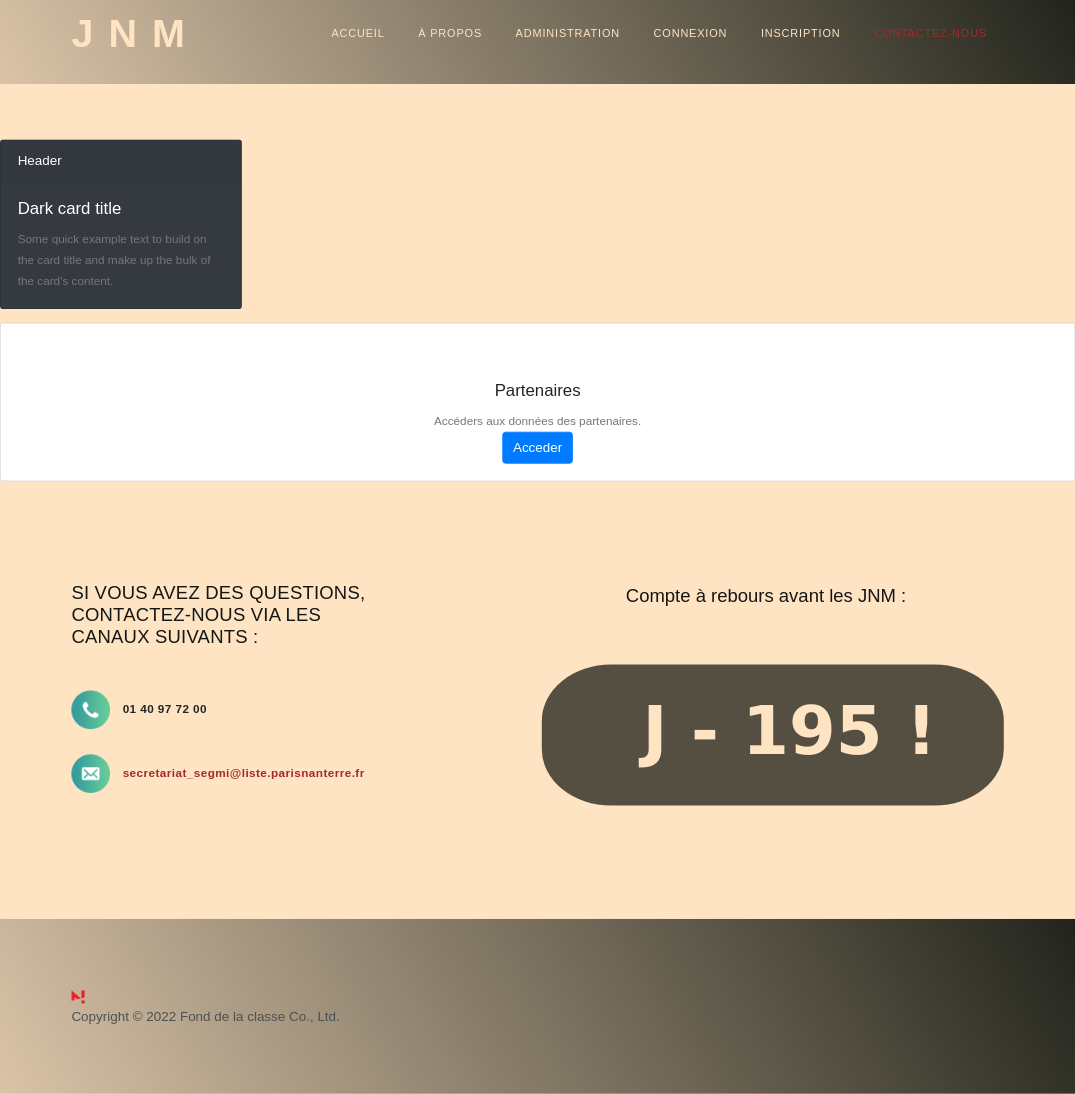
Repository: RiadNadri/ProjetWeb2022
Page: templates/Admin/admin.html.twig
An editor plug-in stored every save of this project. The page is shown before and after the next save, followed by the edit.
The browser window is 1280 px wide. The pictures show the whole page, at 84% of full size.
Some web fonts or font styles are not loaded; a fallback is used. The page is a Twig template of a Symfony application; nobody is signed in and links lead nowhere. The template is opened directly, without the code that normally fills it, so the values that code supplies are empty.

Above is the page before, as saved 2022-12-24 17:21:53.

### templates/Admin/admin.html.twig
{% extends 'base.html.twig' %}

{% block title %} Administration {% endblock %}


{% block body %}

<style>
    .buttonUser{
        margin-top: 0%;
        margin-bottom: 10%;
        margin-left: 25%;
    }
    .buttonPartenaire{
        margin-left:35%;
        font-size: xx-large;
    }
</style>

<div class="buttonUser">
    <div class="btn btn-light" >
        <a href="{{path('app_user')}}">Utilisateurs</a>
    </div>
    <div class="btn btn-light" >
        <a  href="{{path('app_partenaire')}}">Partenaires</a>
    </div>
</div>

<div class="card text-white bg-dark mb-3" style="max-width: 18rem;">
  <div class="card-header">Header</div>
  <div class="card-body">
    <h5 class="card-title">Dark card title</h5>
    <p class="card-text">Some quick example text to build on the card title and make up the bulk of the card's content.</p>
  </div>
</div>

<div class="card text-center">

  <div class="card-body mt-5">
    <h5 class="card-title">Partenaires</h5>
    <p class="card-text">Accéders aux données des partenaires.</p>
    <a href="{{path('app_partenaire')}}" class="btn btn-primary">Acceder</a>
  </div>
</div>
{% endblock %}

### templates/base.html.twig
<!DOCTYPE html>
<html>
    <head>
        <meta charset="UTF-8">
        <title>{% block title %}{% endblock %} - JNM</title>
        <meta name="viewport" content="width=device-width, initial-scale=1, shrink-to-fit=no">
        <meta name="description" content="">
        <meta name="author" content="">
        <link href="https://fonts.googleapis.com/css?family=Raleway:100,200,300,400,500,600,700,800,900&display=swap" rel="stylesheet">
        <link rel="shortcut icon" type= "image/png" href="{{ asset('img/favicon.png')}}" />

        {# Run `composer require symfony/webpack-encore-bundle` to start using Symfony UX #}

        <link rel="stylesheet" href="{{ asset('assets/css/bootstrap.min.css')}}">
        <link rel="stylesheet" href="{{ asset('assets/css/templatemo-breezed (1).css')}}">

        {% block stylesheets %}{% endblock %}

        {% block javascripts %}{% endblock %}
    </head>
    <body>

        <header class="header-area header-sticky">
        <div class="container">
            <div class="row">
                <div class="col-12">
                    <nav class="main-nav">
                        <!-- ***** Logo Start ***** -->
                        <a href="{{path('app_accueil')}}" class="logo">
                            JNM
                        </a>
                        <!-- ***** Logo End ***** -->
                        <!-- ***** Menu Start ***** -->
                        <ul class="nav">
                            <li class="scroll-to-section"><a href="{{path('app_accueil')}}" >Accueil</a></li>
                            <li class="scroll-to-section"><a href="#about">À propos</a></li>
                            <li class="scroll-to-section"><a href="{{path('app_admin')}}">Administration</a></li>
                            <li class="scroll-to-section"><a href="{{path('app_connexion')}}">Connexion</a></li>
                            {% if app.user %}
                                <li class="scroll-to-section"><a href="#réservation">Réservation</a></li>
                                <li class="scroll-to-section"><a href="{{path('app_profil')}}">Mon profil</a></li>
                                <li class="scroll-to-section"><a href="{{path('app_deconnexion')}}">Deconnexion</a></li>
                            {% else %}
                                <li class="scroll-to-section"><a href="{{path('app_inscription')}}">Inscription</a></li>
                            {% endif %}
                            <li class="scroll-to-section"><a href="#contact-us" class="active">Contactez-Nous</a></li>


                        </ul>

                        <!-- ***** Menu End ***** -->
                    </nav>
                </div>
            </div>
        </div>
    </header>

    {% block body %}
    <section class="section" id="about">
        <div class="container">
            <div class="row">
                <div class="col-lg-6 col-md-6 col-xs-12">
                    <div class="left-text-content">
                        <div class="section-heading">
                            <h6>À propos des Journées Nationales de la MIAGE</h6>
                            <h2>Certains de nos partenaires</h2>
                        </div>
                        <div class="row">
                            <div class="col-md-6 col-sm-6">
                                <div class="service-item">
                                    <a href="https://pepsi.fr/" rel ="nofollow noopener" target="_blank"> <img src="{{ asset('img/Pepsi-Logo-PNG-Pic.png')}}" alt=""> </a>
                                    <h4><a rel="nofollow noopener" href="https://pepsi.fr/" target="_blank">Pepsi</a></h4>
                                </div>
                            </div>
                            <div class="col-md-6 col-sm-6">
                                <div class="service-item">
                                    <a href="https://www.beinsports.com/france/" rel ="nofollow noopener" target="_blank"> <img src="{{ asset('img/Bein_sport_logo.png')}}" alt=""> </a>
                                    <h4><a rel="nofollow noopener" href="https://www.beinsports.com/france/" target="_blank">BeIn Sport</a></h4>
                                </div>
                            </div>
                            <div class="col-md-6 col-sm-6">
                                <div class="service-item">
                                    <a href="https://www.canalplus.com/" rel ="nofollow noopener" target="_blank"> <img src="{{ asset('img/canal-logo-png-transparent.png')}}" alt=""> </a>
                                    <h4><a rel="nofollow noopener" href="https://www.canalplus.com/" target="_blank">Canal +</a></h4>
                                </div>
                            </div>
                            <div class="col-md-6 col-sm-6">
                                <div class="service-item">
                                    <a href="https://www.wwf.fr/" rel ="nofollow noopener" target="_blank"> <img src="{{ asset('img/panda.png')}}" alt=""> </a>
                                    <h4><a rel="nofollow noopener" href="https://www.wwf.fr/" target="_blank">WWF</a></h4>
                                </div>
                            </div>
                            <div class="col-md-12">
                                <a href="#" class="main-button-icon">
                                    En savoir plus
                                </a>
                            </div>
                        </div>
                    </div>
                </div>
                <div class="col-lg-6 col-md-6 col-xs-12">
                    <div class="right-text-content">
                        <p>Les Journées Nationales de la Miage sont organisées par <a rel="nofollow noopener" href="https://www.parisnanterre.fr/" target="_blank">L'Université Paris Nanterre</a> en 2023.
                        <br><br>Du 01/06/2023 au 04/06/2023 venez participer aux Journées Nationales de la MIAGE aux portes de Paris sur le campus de Nanterre. Retrouvez-y toutes les MIAGE de France pour partager un bon moment.
                      <br><br>Prenez part aux différentes activités et profitez-en pour élargir votre réseau miagiste !</p>
                    </div>
                </div>
            </div>
        </div>
    </section>

    <section class="section" id="features">
        <div class="container">
            <div class="row">
                <div class="col-lg-4 col-md-6 col-sm-12 col-xs-12" data-scroll-reveal="enter left move 30px over 0.6s after 0.4s">
                    <div class="features-item">
                        <div class="features-icon">
                            <img src="{{ asset('img/Icone.png')}}" height="30px" width="30px" alt="">
                        </div>
                        <div class="features-content">
                            <h4>Le campus de Nanterre</h4>
                            <p>Situé à proximité du quartier d'affaires da La Défense, le campus de Nanterre s'étend sur 30 hectares.<br> Chaque année, il accueille plus de 40 000 étudiants et met à leur disposition divers types d'infrastructures permettant de pratiquer des activités sportives et culturelles !</p>
                            <a href="https://www.parisnanterre.fr/" target="_blank" class="text-button-icon">
                                En savoir plus
                            </a>
                        </div>
                    </div>
                </div>
                <div class="col-lg-4 col-md-6 col-sm-12 col-xs-12" data-scroll-reveal="enter bottom move 30px over 0.6s after 0.4s">
                    <div class="features-item">
                        <div class="features-icon">
                            <img src="{{ asset('img/miage.png')}}" height="30px" width="30px" alt="">
                        </div>
                        <div class="features-content">
                            <h4>La Miage de Nanterre</h4>
                            <p>Intégrée au sein de l'Unité de Formation et de Recherche
                                <a href="https://ufr-segmi.parisnanterre.fr/" rel="nofollow noopener" target="_blank">
                                SEGMI
                                </a> au bâtiment Allais (G), la MIAGE de Nanterre</p>
                            <a href="https://miage.parisnanterre.fr/" class="text-button-icon">
                                En savoir plus
                            </a>
                        </div>
                    </div>
                </div>
                <div class="col-lg-4 col-md-6 col-sm-12 col-xs-12" data-scroll-reveal="enter right move 30px over 0.6s after 0.4s">
                    <div class="features-item">
                        <div class="features-icon">
                            <img src="{{ asset('img/eiffel.png')}}" height="50px" width="50px"alt="">
                        </div>
                        <div class="features-content">
                            <h4>Le séjour à Paris</h4>
                            <p>Vous pourrez profiter d'ếtre aux portes de Paris pour visiter la capitale. La ligne du RER A vous permettra de rejoindre le centre-ville en moins de 30 minutes.<br> Allez explorer le 1er arrondissement riche en culture, ou manger dans l'un des 18 000 restaurants parisiens !</p>
                            <a href="https://www.parisinfo.com/visiter-a-paris" class="text-button-icon">
                                En savoir plus
                            </a>
                        </div>
                    </div>
                </div>
            </div>
        </div>
    </section>
    {% endblock %}


    <!-- ***** Contact Us Area Starts ***** -->
    <section class="section" id="contact-us">
        <div class="container">
            <div class="row">
                <div class="col-lg-4 col-md-4 col-xs-12">
                    <div class="left-text-content">
                        <div class="section-heading">
                            <h6>Si vous avez des questions, Contactez-nous via les canaux suivants :</h6>
                        </div>
                        <ul class="contact-info">
                            <li><img src="{{ asset('img/contact-info-01.png')}}" alt="">01 40 97 72 00</li>
                            <li><img src="{{ asset('img/contact-info-02.png')}}" alt=""><a href="mailto:secretariat_segmi@liste.parisnanterre.fr">secretariat_segmi@liste.parisnanterre.fr</a></li>
                        </ul>
                    </div>
                </div>

                <div class="col-lg-8 col-md-6 col-xs-12">
                    <div class="section-heading">
                        <h7>Compte à rebours avant les JNM :</h7>
                    </div>
                    <div class="cpt">

                        <label id="Compte"></label>
                            <script type="text/javascript" >
                                var Affiche=document.getElementById("Compte");
                                function Rebour() {
                                 var date1 = new Date();
                                 var date2 = new Date ("Jun 1, 2023 00:00:00");
                                 var sec = (date2 - date1) / 1000;
                                 var n = 24 * 3600;
                                 if (sec > 0) {
                                        j = Math.floor (sec / n);
                                        Affiche.innerHTML = "J - " + j + " !";
                                 }
                                 tRebour=setTimeout ("Rebour();", 1000);
                                }
                             Rebour();
                            </script>

                    </div>
                </div>

            </div>
        </div>
    </section>


    </body>


    <!-- ***** Footer Start ***** -->
    <footer>
        <div class="container">
            <div class="row">
                <div class="col-lg-6 col-xs-12">
                    <div class="left-text-content">
                        <a rel="nofollow noopener" href="https://www.parisnanterre.fr/" target="_blank"><img src="{{ asset('img/Icone.png')}}" alt=""><br>Copyright &copy; 2022 Fond de la classe Co., Ltd. </a>
                    </div>
                </div>

            </div>
        </div>
    </footer>
</html>

Loaded but not shown: public/assets/css/bootstrap.min.css (library); public/assets/css/templatemo-breezed (1).css (908 lines, source omitted)

After the next save:
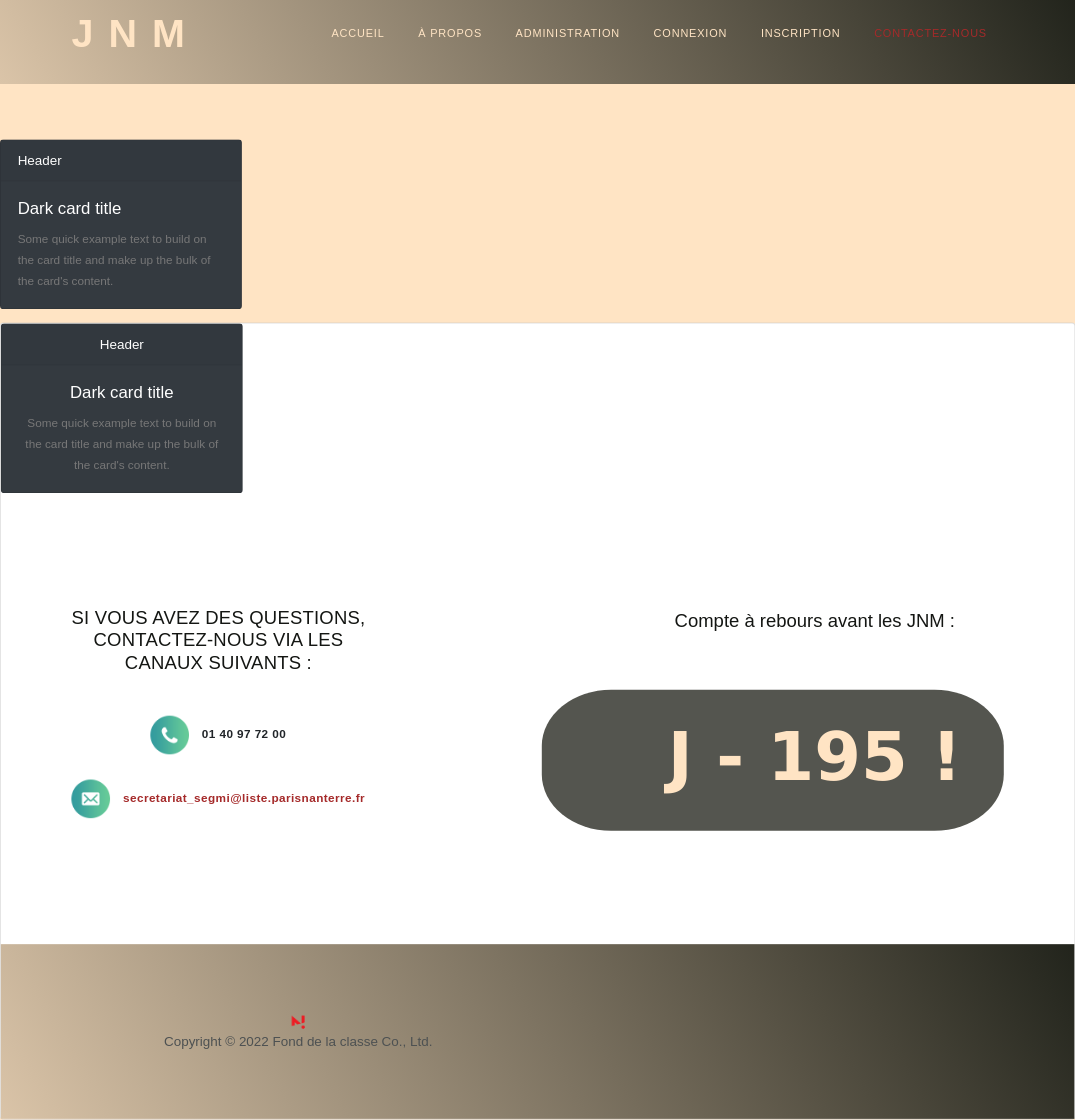
Saved 13 s later.
--- a/templates/Admin/admin.html.twig
+++ b/templates/Admin/admin.html.twig
@@ -36,10 +36,11 @@
 
 <div class="card text-center">
 
-  <div class="card-body mt-5">
-    <h5 class="card-title">Partenaires</h5>
-    <p class="card-text">Accéders aux données des partenaires.</p>
-    <a href="{{path('app_partenaire')}}" class="btn btn-primary">Acceder</a>
+ <div class="card text-white bg-dark mb-3" style="max-width: 18rem;">
+  <div class="card-header">Header</div>
+  <div class="card-body">
+    <h5 class="card-title">Dark card title</h5>
+    <p class="card-text">Some quick example text to build on the card title and make up the bulk of the card's content.</p>
   </div>
 </div>
 {% endblock %}

After the save that followed:
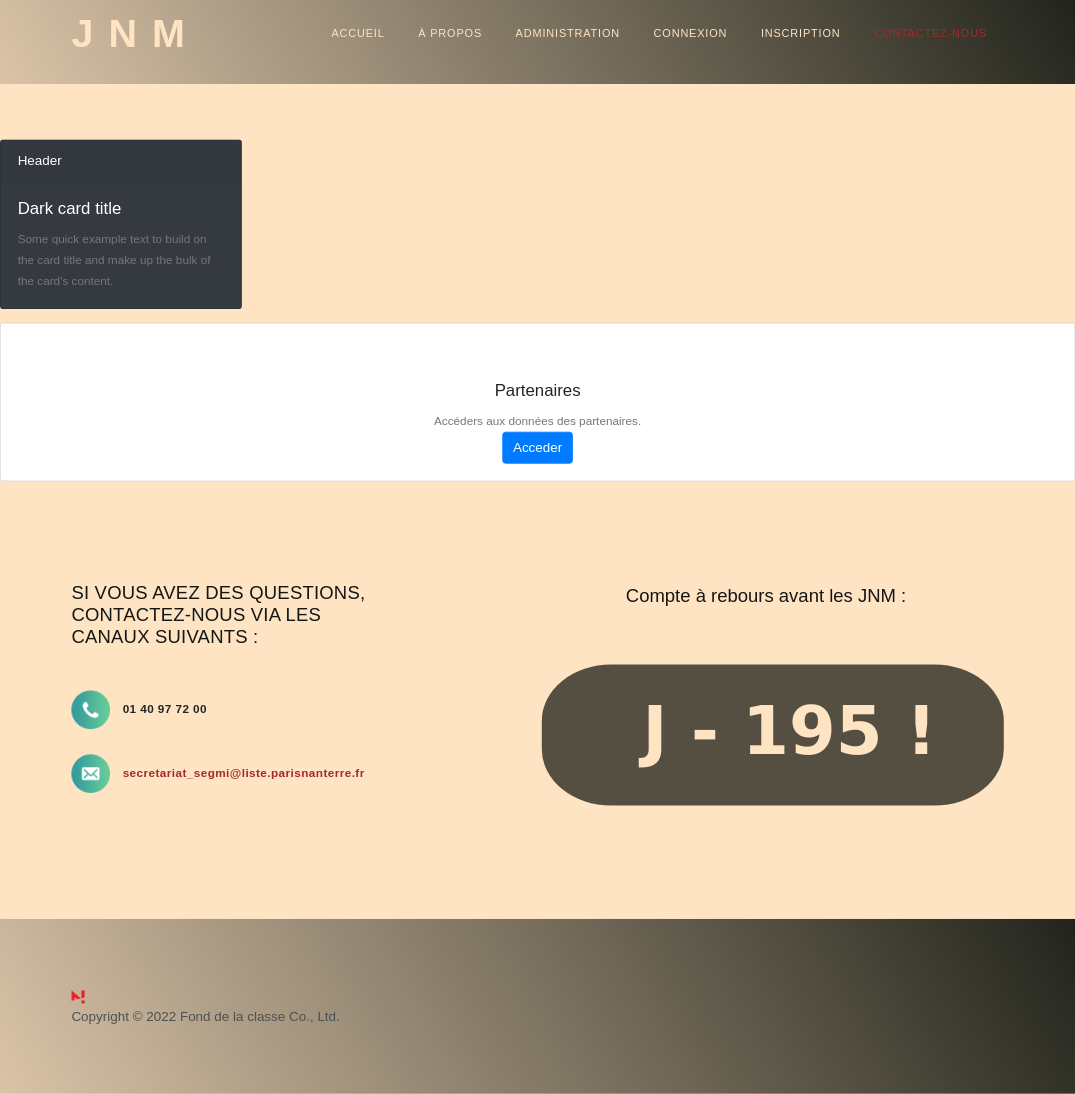
Saved 21 s later.
--- a/templates/Admin/admin.html.twig
+++ b/templates/Admin/admin.html.twig
@@ -36,11 +36,10 @@
 
 <div class="card text-center">
 
- <div class="card text-white bg-dark mb-3" style="max-width: 18rem;">
-  <div class="card-header">Header</div>
-  <div class="card-body">
-    <h5 class="card-title">Dark card title</h5>
-    <p class="card-text">Some quick example text to build on the card title and make up the bulk of the card's content.</p>
+  <div class="card-body mt-5">
+    <h5 class="card-title">Partenaires</h5>
+    <p class="card-text">Accéders aux données des partenaires.</p>
+    <a href="{{path('app_partenaire')}}" class="btn btn-primary">Acceder</a>
   </div>
 </div>
 {% endblock %}
